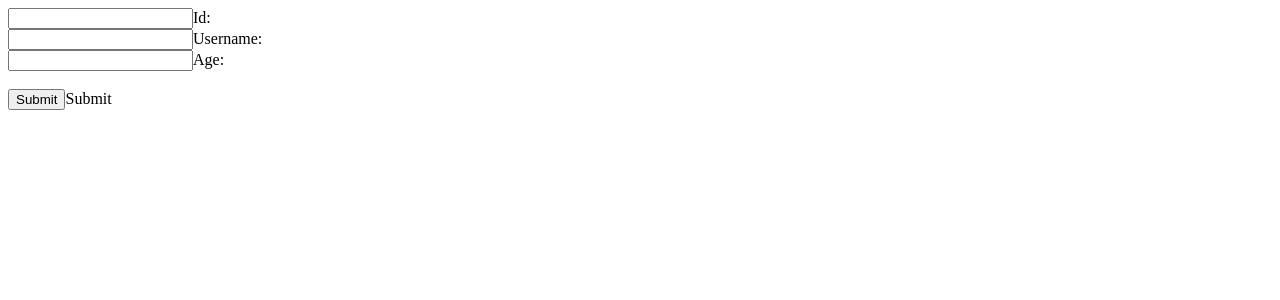
Repository: debrajnandi/APMM-Microservice
Page: http://localhost/PersonSpringBootJPAh2/home.jsp
The author's editor kept a copy of each file at every save. The page is drawn from the files as they stood at one save, then again after the next save.
The browser window is 1280 px wide. The pictures show the whole page.
The page is served by Tomcat 9. Other server files are loaded and not shown.

Above is the page before, as saved 2018-10-01 17:01:37.

### PersonSpringBootJPAh2/src/main/webapp/home.jsp
<%@ page language="java" contentType="text/html; charset=ISO-8859-1"
    pageEncoding="ISO-8859-1"%>
<!DOCTYPE html>
<html>
<head>
<meta charset="ISO-8859-1">
<title>Insert title here</title>
</head>
<body>
	<form action="addPerson">
		<input type="text" name="id">Id:
		<br>
		<input type="text" name="name">Username:
		<br>
		<input type="text" name="age">Age:
		<br><br>
		<input type="submit">Submit
	</form>

</body>
</html>

After the next save:
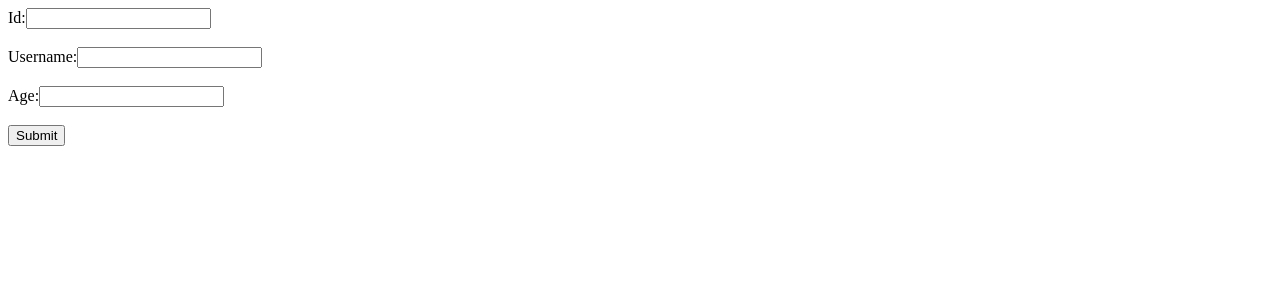
Saved 113 s later.
--- a/PersonSpringBootJPAh2/src/main/webapp/home.jsp
+++ b/PersonSpringBootJPAh2/src/main/webapp/home.jsp
@@ -8,13 +8,13 @@
 </head>
 <body>
 	<form action="addPerson">
-		<input type="text" name="id">Id:
-		<br>
-		<input type="text" name="name">Username:
-		<br>
-		<input type="text" name="age">Age:
+		Id:<input type="text" name="id">
 		<br><br>
-		<input type="submit">Submit
+		Username:<input type="text" name="name">
+		<br><br>
+		Age:<input type="text" name="age">
+		<br><br>
+		<input type="submit">
 	</form>
 
 </body>
